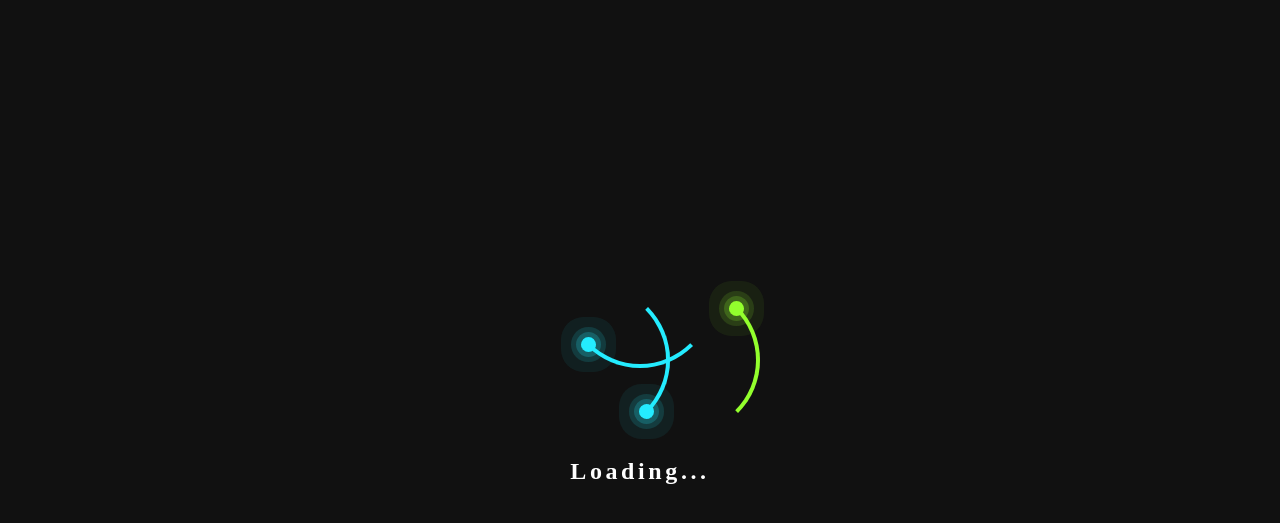
Repository: kiranjeetkaur01/csseffect.github.io
Page: index.html
The author's editor kept a copy of each file at every save. The page is drawn from the files as they stood at one save, then again after the next save.
The browser window is 1280 px wide. The pictures show the whole page.

Above is the page before, as saved 2023-09-08 12:59:52.

### index.html
<!DOCTYPE html>
<html lang="en">
<head>
    <meta charset="UTF-8">
    <meta name="viewport" content="width=device-width, initial-scale=1.0">
    <title>CSS Animation Effets</title>
    <link rel="stylesheet" href="style.css">
</head>
<body>
    <div class="container">
        <div class="ring">

        </div>
        <div class="ring">

        </div>
        <div class="ring">

        </div>
        <p>Loading...</p>
    </div>
</body>
</html>

### style.css
*{
    margin: 0;
    padding: 0;
    box-sizing: border-box;
}

body,html{
    display: flex;
    align-items: center;
    justify-content: center;
    min-height: 100vh;
    background: #111;
}
.container{
    position: relative;
    width: 100%;
    display: flex;
    align-items: center;
    justify-content: center;
}
.container .ring{
    position: relative;
    width: 150px;
    height: 150px;
    margin: -30px;
    border: 4px solid transparent;
    border-radius: 50%;
    border-top: 4px solid #24ecff;
    animation: animate 4s linear infinite;
}
@keyframes animate {
    0%{
        transform: rotate(0deg);
    }
    100%{
        transform: rotate(360deg);
    }
}
.container .ring::before{
    position: absolute;
    content: "";
    top: 12px;
    right: 12px;
    border-radius: 50%;
    width: 15px;
    height: 15px;
    background: #24ecff;
    box-shadow: 0 0 0 5px #24ecff33,
    0 0 0 10px #24ecff22,
    0 0 0 20px #24ecff11;
}
.container .ring:nth-child(3){
    animation: animate2 4s linear infinite;
animation-delay: -1s;
    position: absolute;
    top: -66.6px;

}
.container .ring:nth-child(2){
animation: animate2 4s linear infinite;
animation-delay: -1s;
border-left: 4px solid #93ff2d;
border-top: 4px solid transparent ;
}
.container .ring:nth-child(2)::before{
    position: absolute;
    content: "";
    top: initial;
    bottom: 12px;
    left: 12px;
    border-radius: 50%;
    width: 15px;
    height: 15px;
    background: #93ff2d;
    box-shadow: 0 0 0 5px #93ff2d33,
    0 0 0 10px #93ff2d22,
    0 0 0 20px #93ff2d11;
}

@keyframes animate2 {
    0%{
        transform: rotate(360deg);
    }
    100%{
        transform: rotate(0deg);
    }
}
.container .ring:nth-child(1){

}
.container p{
    position: absolute;
    color: #fff;
    font-size: 1.5em;
    font-family: gilroy;
    bottom: -80px;
    font-weight: 600;
    letter-spacing: 0.15em;


}

After the next save:
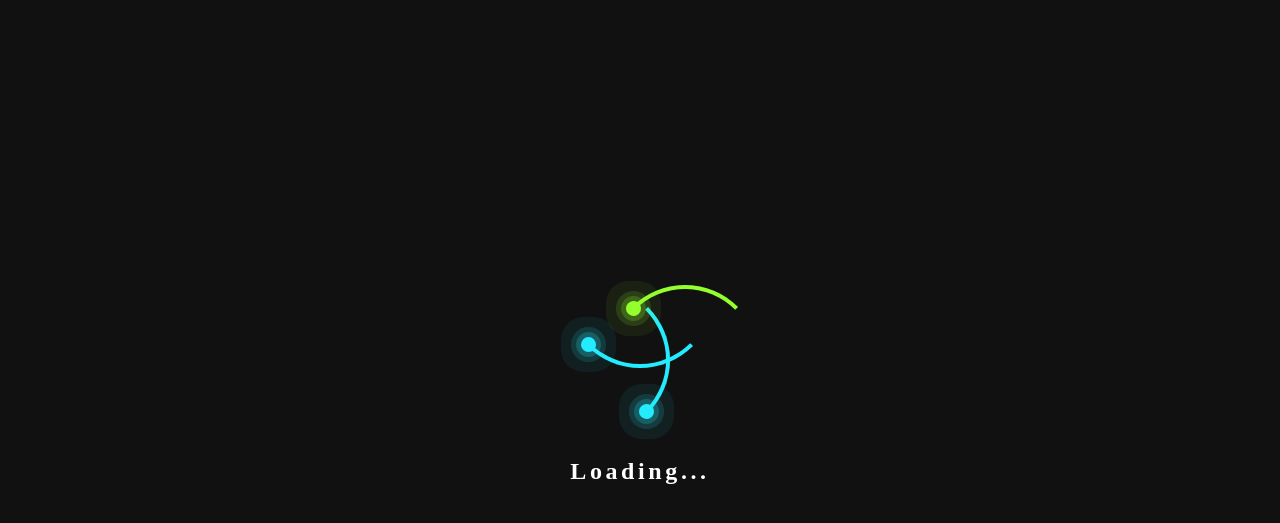
Saved 31 s later.
--- a/style.css
+++ b/style.css
@@ -57,8 +57,8 @@
 
 }
 .container .ring:nth-child(2){
-animation: animate2 4s linear infinite;
-animation-delay: -1s;
+/* animation: animate2 4s linear infinite;
+animation-delay: -1s; */
 border-left: 4px solid #93ff2d;
 border-top: 4px solid transparent ;
 }

After the save that followed:
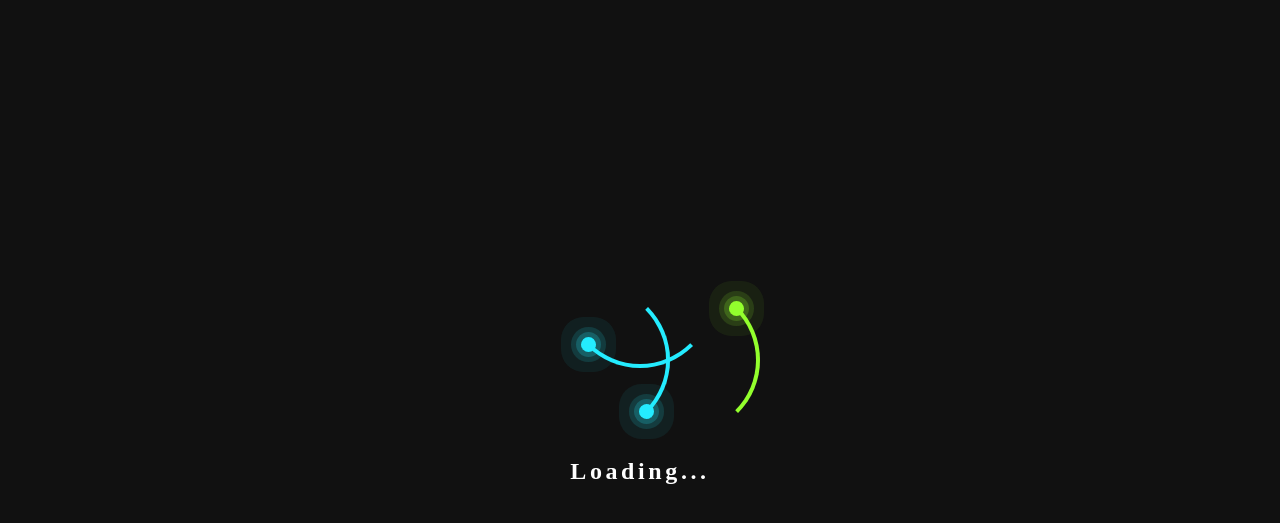
Saved 31 s later.
--- a/style.css
+++ b/style.css
@@ -57,8 +57,8 @@
 
 }
 .container .ring:nth-child(2){
-/* animation: animate2 4s linear infinite;
-animation-delay: -1s; */
+animation: animate2 4s linear infinite;
+animation-delay: -1s;
 border-left: 4px solid #93ff2d;
 border-top: 4px solid transparent ;
 }
